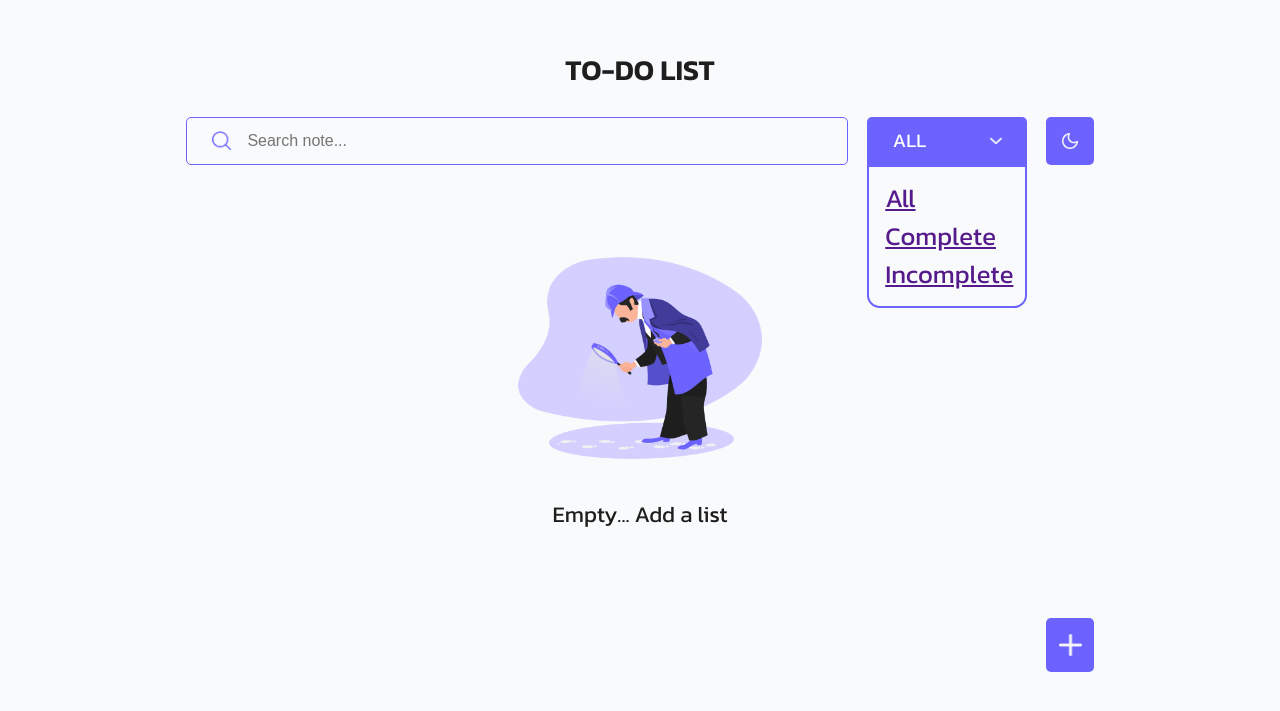
Repository: Marykeje/To-do-list
Page: index.html
An editor plug-in stored every save of this project. The page is shown before and after the next save, followed by the edit.
The browser window is 1280 px wide. The pictures show the whole page.
The style sheet was rebuilt from its Sass, Less or Tailwind sources for each picture, by a compiler version that may differ from the author's.

Above is the page before, as saved 2025-12-03 13:04:01.

After the next save:
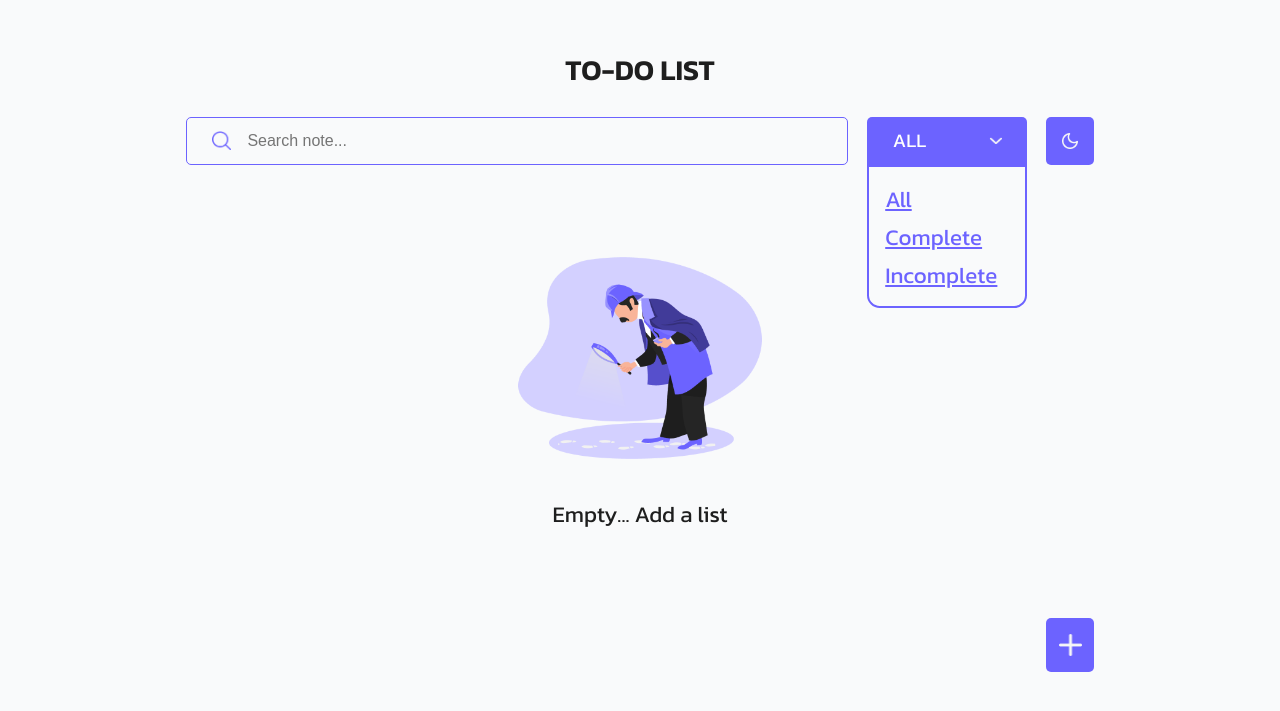
Saved 61 s later.
--- a/sass/pages/style.scss
+++ b/sass/pages/style.scss
@@ -148,7 +148,7 @@ body {
     border-bottom-left-radius: 0.8rem;
     border-bottom-right-radius: 0.8rem;
 
-    & p {
+    & a {
       color: #6c63ff;
       font-size: 1.4rem;
       cursor: pointer;
